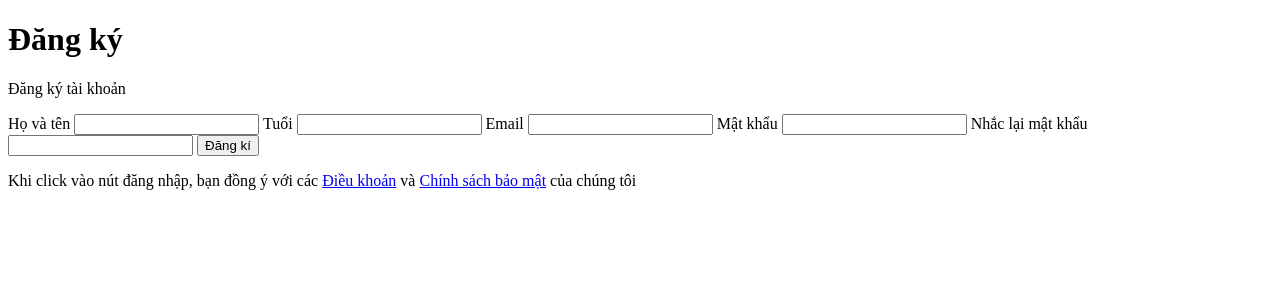
Repository: Ngoc28/HTML-CSS
Page: HTML/index.html
These files come from the project's save history. The page is drawn as it stood at one moment and after the next save; the edit follows.
The browser window is 1280 px wide. The pictures show the whole page.

Above is the page before, as saved 2023-08-05 14:26:27.

After the next save:
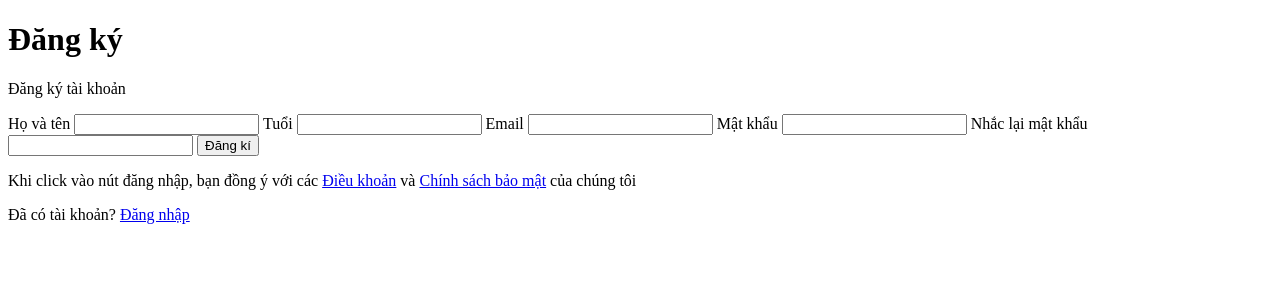
Saved 1 s later.
--- a/HTML/index.html
+++ b/HTML/index.html
@@ -36,6 +36,10 @@
                 <a href="#">Chính sách bảo mật</a>
                 của chúng tôi
             </p>
+            <p class="hasAcount">
+                Đã có tài khoản?
+                <a href="#">Đăng nhập</a>
+            </p>
     </form>
 </body>
 </html>
